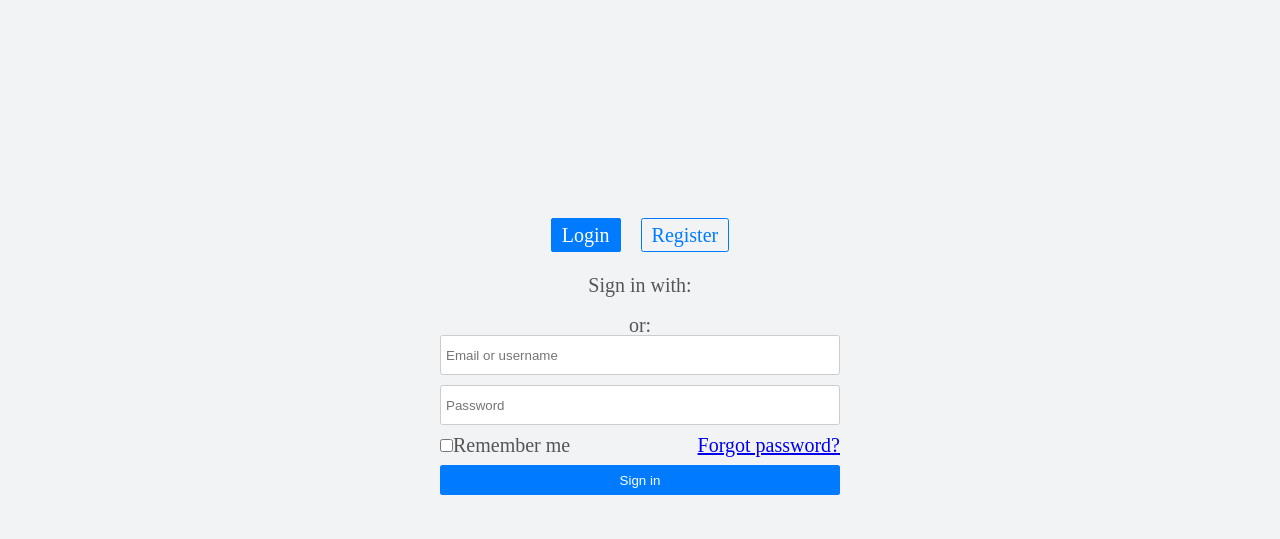
Repository: BitDanceLabels/Bumblebee_BDG
Page: /teacher-timetable
The author's editor kept a copy of each file at every save. The page is drawn from the files as they stood at one save, then again after the next save.
The browser window is 1280 px wide. The pictures show the whole page.
The project was rebuilt for these pictures with package versions that can differ from the ones it lists, and the page was loaded fresh each time. Also part of the build but not shown: vite.config.js, src/components/General/Header.jsx, src/components/General/Navbar.jsx, src/components/Dashboard/ScheduleComponent.jsx, src/components/Management/Booking.jsx, src/components/modal/CreateStudentModal.jsx, src/components/Student/ListOfStudent.jsx, src/components/modal/CreateTeacherModal.jsx and 9 more. Imported but missing from the stored project, and not drawn on this page: src/components/modal/DeactiveStudentModal.

Above is the page before, as saved 2024-10-04 18:29:21.

After the next save:
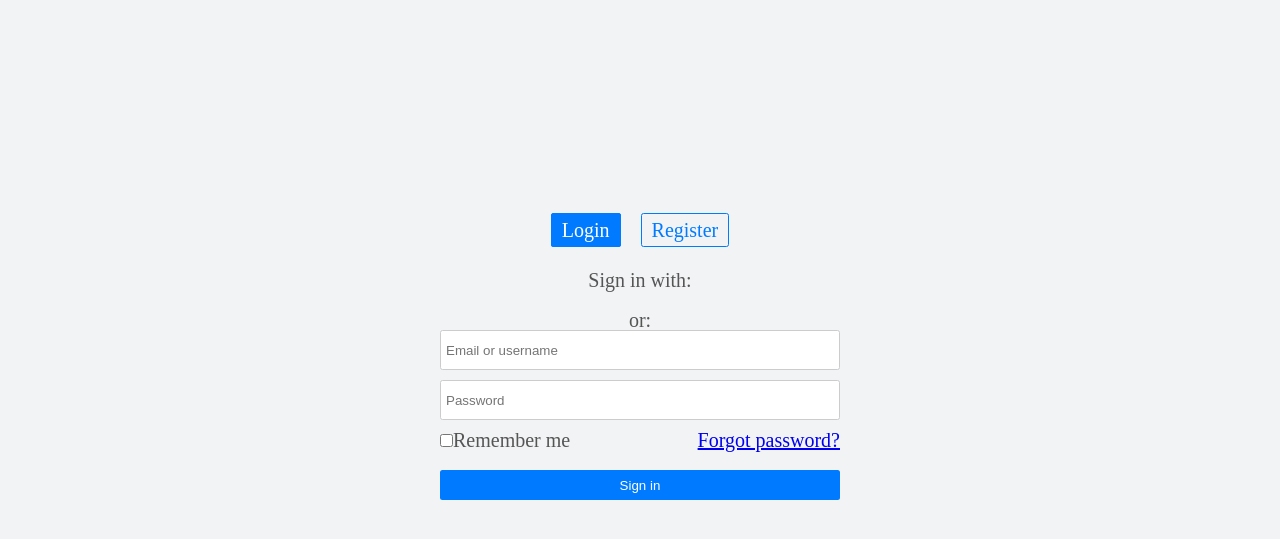
Saved 46 s later.
--- a/src/App.jsx
+++ b/src/App.jsx
@@ -93,7 +93,7 @@ const SocialButton = styled.button`
 const Checkbox = styled.div`
   display: flex;
   justify-content: space-between;
-  margin-bottom: 1rem;
+  margin-bottom: 2rem;
 `
 
 const CheckboxLabel = styled.label`
